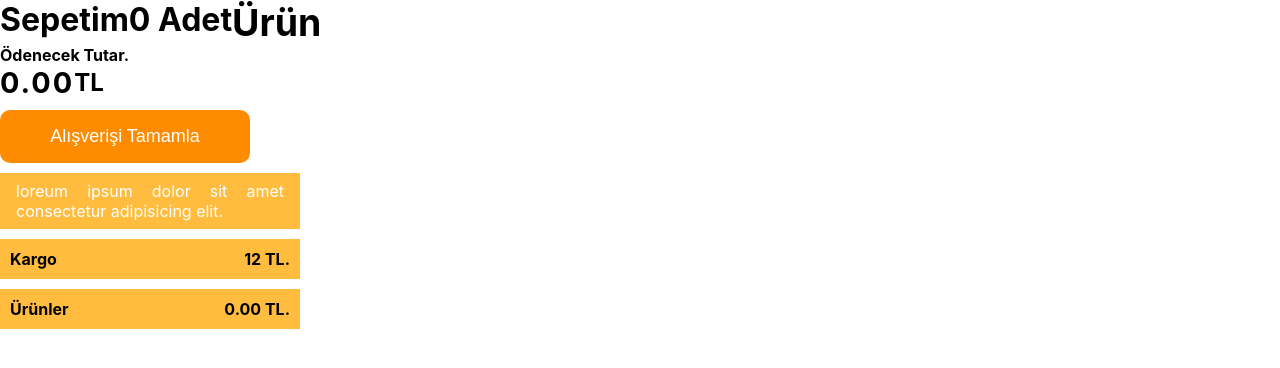
Repository: sevilgenysf/serverapiecommerce
Page: /
These files come from the project's save history. The page is drawn as it stood at one moment and after the next save; the edit follows.
The browser window is 1280 px wide. The pictures show the whole page.
The page's requests for data from a server got no answer. The project was rebuilt for these pictures with package versions that can differ from the ones it lists, and the page was loaded fresh each time. No one was signed in, and anything a server would have sent is missing. Also part of the build but not shown: src/item.css, src/item.js.

Above is the page before, as saved 2022-02-09 12:31:07.

After the next save:
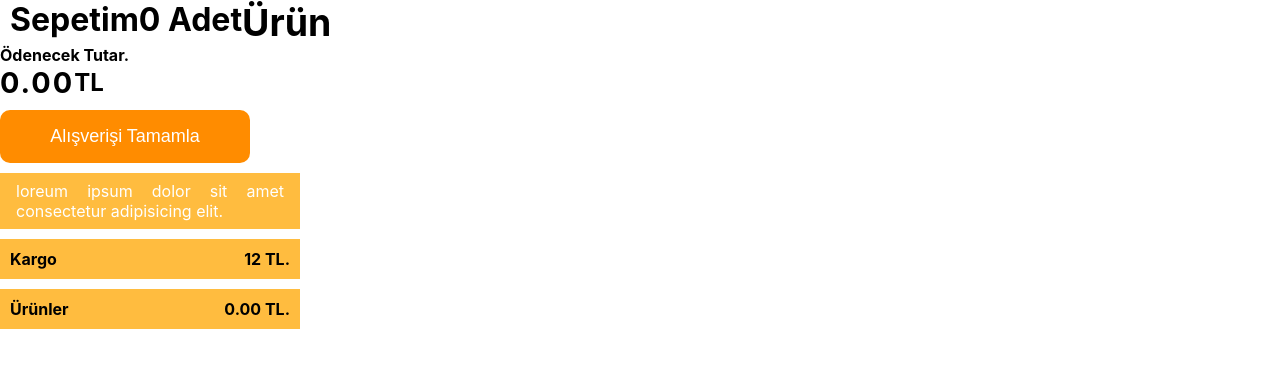
Saved 8 s later.
--- a/src/App.css
+++ b/src/App.css
@@ -6,4 +6,5 @@
 
 .myCard {
 	display: flex;
+	margin-left: 10px;
 }
